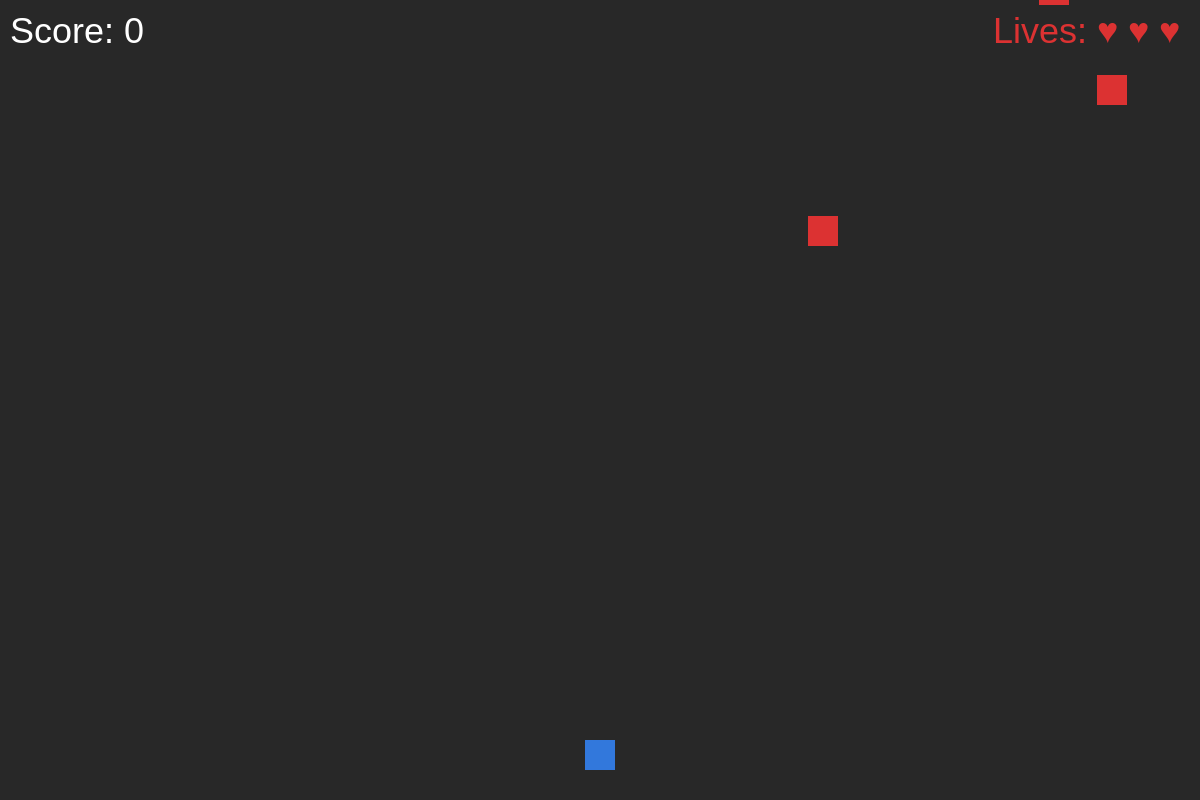
Repository: Magodang/20260181
Script's output: python week5fd/week5.py
The author's editor kept a copy of each file at every save. The script's output is drawn from the files as they stood at one save, then again after the next save.
The window is shown after at most 60 frames with no key pressed. A system font it names is replaced by a similar one. Random numbers start from a fixed seed.

Above is the script's output before, as saved 2026-03-31 14:51:01.

After the next save:
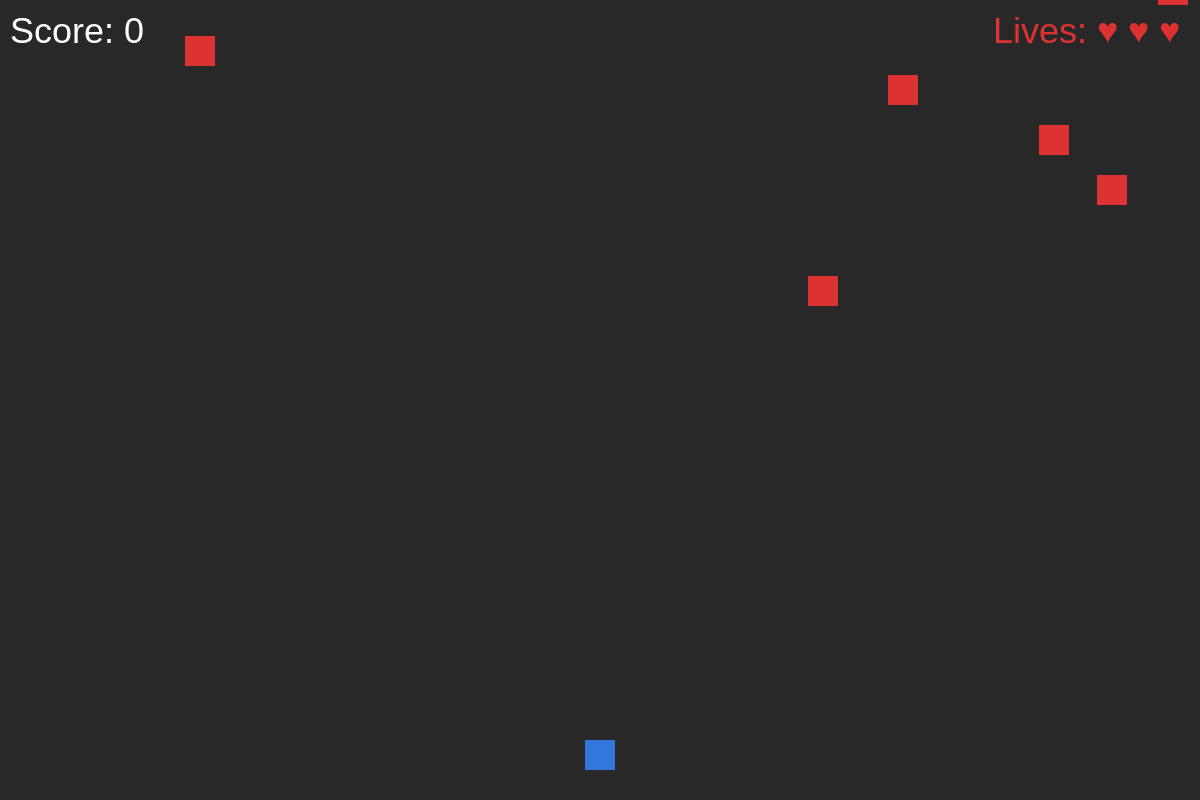
Saved 93 s later.
--- a/week5fd/week5.py
+++ b/week5fd/week5.py
@@ -29,7 +29,7 @@
 PLAYER_W, PLAYER_H = 30, 30
 ENEMY_W,  ENEMY_H  = 30, 30
 
-SPAWN_DELAY = 20
+SPAWN_DELAY = 10
 MIN_SPEED = 5
 MAX_SPEED = 8
 

After the save that followed:
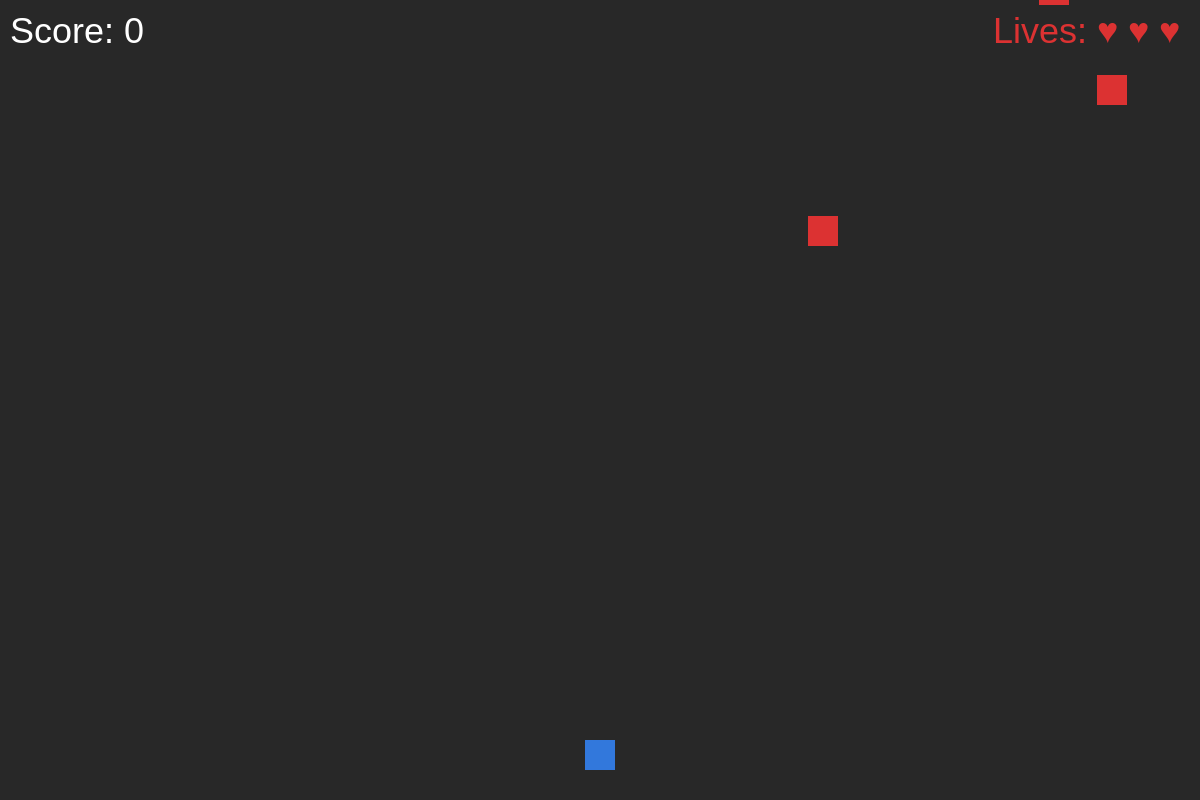
Saved 87 s later.
--- a/week5fd/week5.py
+++ b/week5fd/week5.py
@@ -29,7 +29,7 @@
 PLAYER_W, PLAYER_H = 30, 30
 ENEMY_W,  ENEMY_H  = 30, 30
 
-SPAWN_DELAY = 10
+SPAWN_DELAY = 20
 MIN_SPEED = 5
 MAX_SPEED = 8
 
